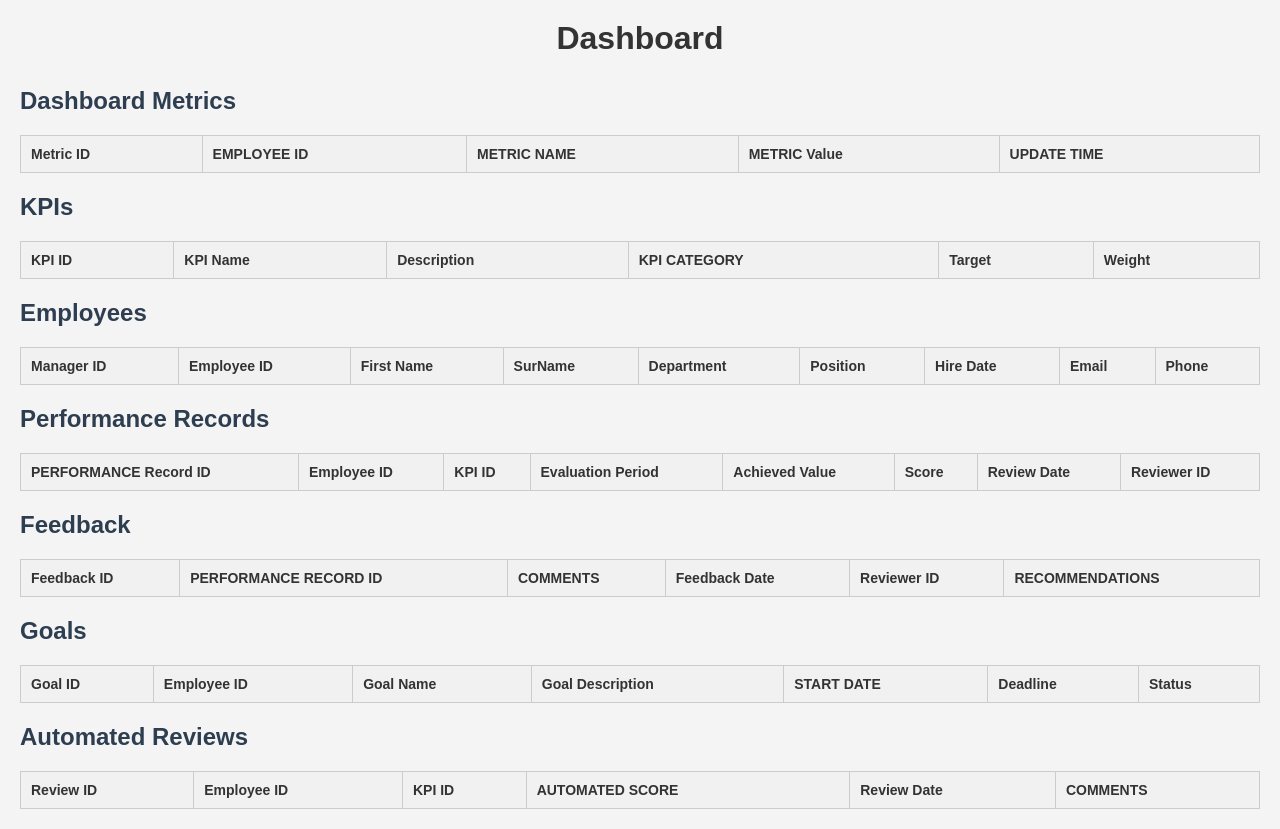
Repository: Wuda2000/Mongodb
Page: http://localhost/dashboard
An editor plug-in stored every save of this project. The page is shown before and after the next save, followed by the edit.
The browser window is 1280 px wide. The pictures show the whole page.
The page is served by the project's application, run on Flask 3 (app.py). Queries for data that is not in the repository find no rows.

Above is the page before, as saved 2024-11-11 19:01:43.

After the next save:
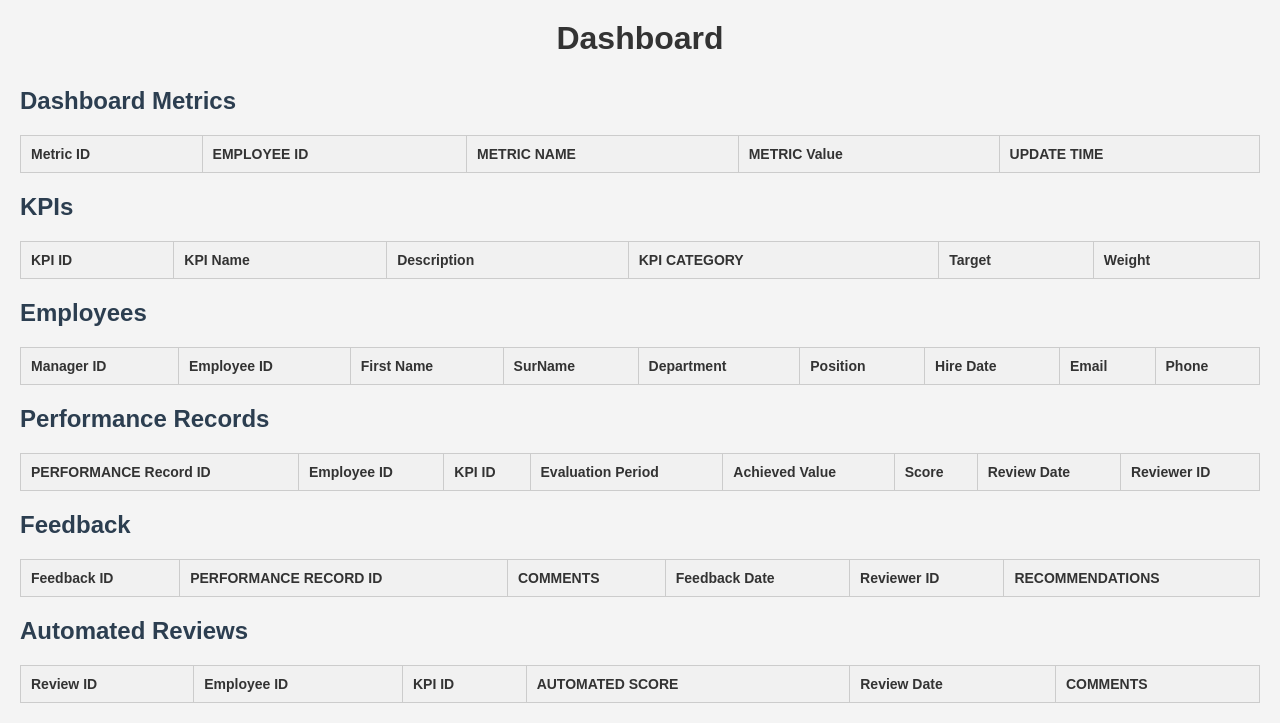
Saved 49 s later.
--- a/templates/dashboard.html
+++ b/templates/dashboard.html
@@ -155,34 +155,7 @@
         </tbody>
     </table>
 
-    <!-- Goals Table -->
-    <h2>Goals</h2>
-    <table border="1">
-        <thead>
-            <tr>
-                <th>Goal ID</th>
-                <th>Employee ID</th>
-                <th>Goal Name</th>
-                <th>Goal Description</th>
-                <th>START DATE</th>
-                <th>Deadline</th>
-                <th>Status</th>
-            </tr>
-        </thead>
-        <tbody>
-            {% for goal in goals %}
-                <tr>
-                    <td>{{ goal['goal_id'] }}</td>
-                    <td>{{ goal['employee_id'] }}</td>
-                    <td>{{ goal['kpi_id'] }}</td>
-                    <td>{{ goal['goal_description'] }}</td>
-                    <td>{{ goal['goal_start_date'] }}</td>
-                    <td>{{ goal['goal_due_date'] }}</td>
-                    <td>{{ goal['goal_status'] }}</td>
-                </tr>
-            {% endfor %}
-        </tbody>
-    </table>
+
 
     <!-- Automated Reviews Table -->
     <h2>Automated Reviews</h2>
